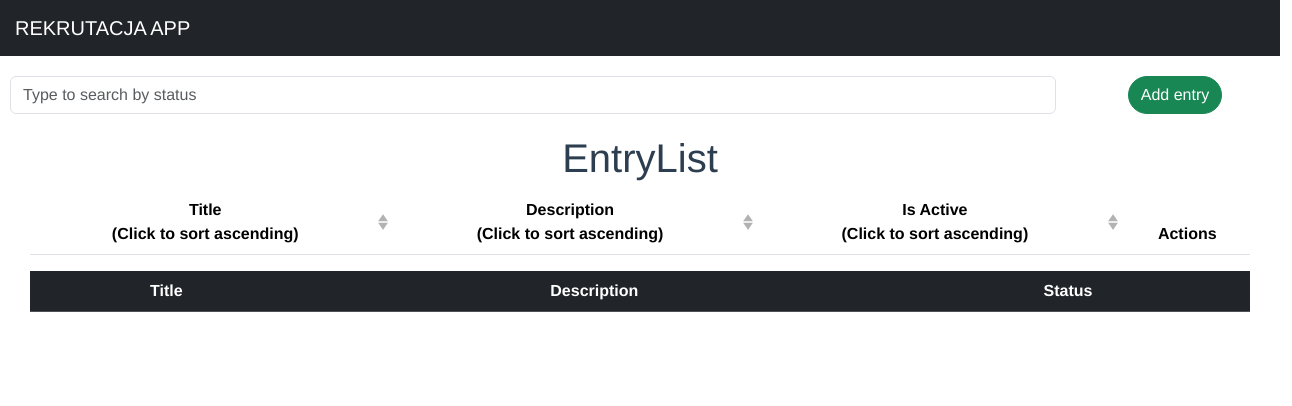
Repository: Madaless/vue_elastic
Page: / (app in vuejsapp/crudapp/)
These files come from the project's save history. The page is drawn as it stood at one moment and after the next save; the edit follows.
The browser window is 1280 px wide. The page is 1292 px wide, so the pictures cover 1292 px, including what lies to the right of the window. The pictures show the whole page.
The page's requests for data from a server got no answer. The project was rebuilt for these pictures with package versions that can differ from the ones it lists, and the page was loaded fresh each time. No one was signed in, and anything a server would have sent is missing.

Above is the page before, as saved 2021-09-12 17:05:55.

After the next save:
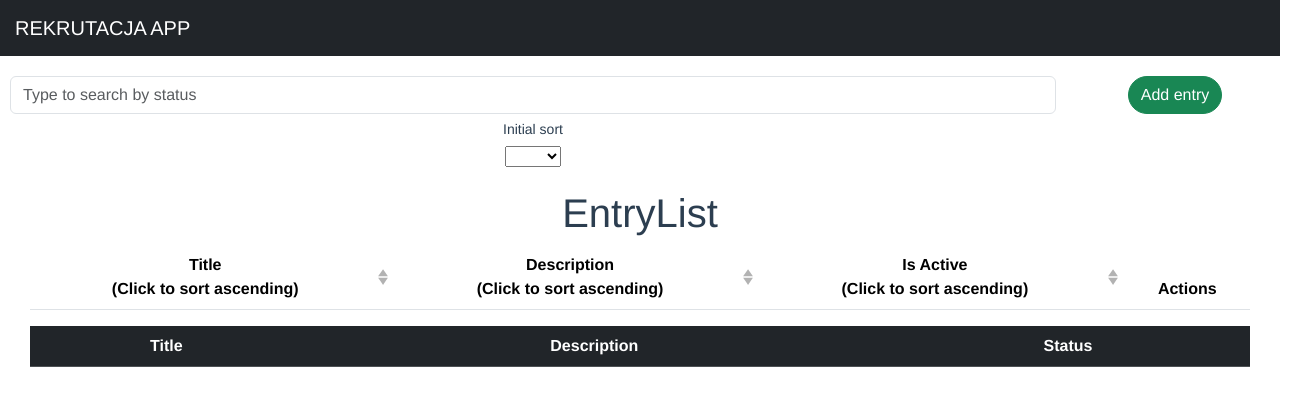
Saved 4 min 3 s later.
--- a/vuejsapp/crudapp/src/components/FilterEntry.vue
+++ b/vuejsapp/crudapp/src/components/FilterEntry.vue
@@ -6,6 +6,22 @@
       type="search"
       placeholder="Type to search by status"
     ></b-form-input>
+
+    <b-form-group
+          label="Initial sort"
+          label-for="initial-sort-select"
+          label-cols-sm="3"
+          label-align-sm="right"
+          label-size="sm"
+          class="mb-0"
+        >
+          <b-form-select
+            id="initial-sort-select"
+            v-model="sortDirection"
+            :options="['asc', 'desc', 'last']"
+            size="sm"
+          ></b-form-select>
+        </b-form-group>
   </div>
 </template>
 
